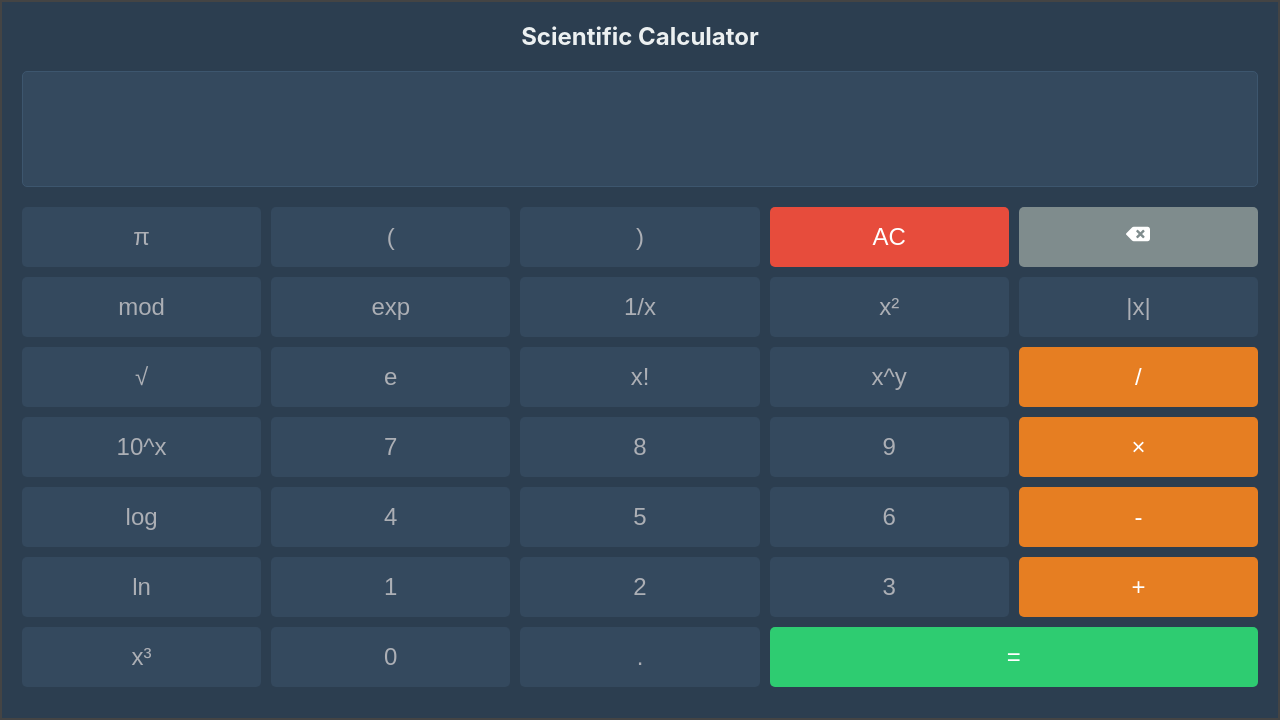
Repository: thesaherriaz/Calculator-React
Page: /
An editor plug-in stored every save of this project. The page is shown before and after the next save, followed by the edit.
The browser window is 1280 px wide. The pictures show the whole page.
The project was rebuilt for these pictures with package versions that can differ from the ones it lists, and the page was loaded fresh each time.

Above is the page before, as saved 2025-06-20 13:10:21.

### public/index.html
<!DOCTYPE html>
<html lang="en">
  <head>
    <meta charset="utf-8" />
    <link rel="icon" href="%PUBLIC_URL%/favicon.ico" />
    <meta name="viewport" content="width=device-width, initial-scale=1" />
    <meta name="theme-color" content="#000000" />
    <meta
      name="description"
      content="Web site created using create-react-app"
    />
    <link rel="apple-touch-icon" href="%PUBLIC_URL%/logo192.png" />
    <link rel="stylesheet" href="https://cdnjs.cloudflare.com/ajax/libs/font-awesome/6.0.0/css/all.min.css">
    <!--
      manifest.json provides metadata used when your web app is installed on a
      user's mobile device or desktop. See https://developers.google.com/web/fundamentals/web-app-manifest/
    -->
    <link rel="manifest" href="%PUBLIC_URL%/manifest.json" />
    <!--
      Notice the use of %PUBLIC_URL% in the tags above.
      It will be replaced with the URL of the `public` folder during the build.
      Only files inside the `public` folder can be referenced from the HTML.

      Unlike "/favicon.ico" or "favicon.ico", "%PUBLIC_URL%/favicon.ico" will
      work correctly both with client-side routing and a non-root public URL.
      Learn how to configure a non-root public URL by running `npm run build`.
    -->
    <title>Scientific Calculator</title>
  </head>
  <body>
    <noscript>You need to enable JavaScript to run this app.</noscript>
    <div id="root"></div>
    <!--
      This HTML file is a template.
      If you open it directly in the browser, you will see an empty page.

      You can add webfonts, meta tags, or analytics to this file.
      The build step will place the bundled scripts into the <body> tag.

      To begin the development, run `npm start` or `yarn start`.
      To create a production bundle, use `npm run build` or `yarn build`.
    -->
  </body>
</html>

### src/App.js
import React from 'react'
import Calculator from './compnents/Calculator'

function App() {
  return (
    <Calculator />
  )
}

export default App

### src/compnents/Calculator.jsx
import React, { useState, useEffect, useCallback } from 'react';
import './Calculator.css';
import { FaBackspace } from "react-icons/fa";

function Calculator() {
    const [input, setInput] = useState('');
    const [result, setResult] = useState('');

    const factorial = useCallback((n) => {
        if (n < 0) return NaN;
        if (n <= 1) return 1;
        return n * factorial(n - 1);
    }, []);

    const calculateResult = useCallback(() => {
        try {
            let expression = input
                .replace(/\^/g, '**')
                .replace(/mod/g, '%')
                .replace(/π/g, 'Math.PI')
                .replace(/e/g, 'Math.E');

            // Safer evaluation
            setResult(new Function('return ' + expression)().toString());
        } catch (error) {
            setResult('Error');
        }
    }, [input]);

    const handleClick = useCallback((value) => {
        if (value === 'AC') {
            setInput('');
            setResult('');
        } else if (value === 'DEL') {
            setInput(prev => prev.slice(0, -1));
        } else if (value === '=') {
            calculateResult();
        } else if (value === '√') {
            setInput(prev => `Math.sqrt(${prev})`);
        } else if (value === 'x²') {
            setInput(prev => `Math.pow(${prev},2)`);
        } else if (value === 'x³') {
            setInput(prev => `Math.pow(${prev},3)`);
        } else if (value === 'x^y') {
            setInput(prev => `${prev}^`);
        } else if (value === '1/x') {
            setInput(prev => `1/(${prev})`);
        } else if (value === 'log') {
            setInput(prev => `Math.log10(${prev})`);
        } else if (value === 'ln') {
            setInput(prev => `Math.log(${prev})`);
        } else if (value === 'π') {
            setInput(prev => prev + 'Math.PI');
        } else if (value === 'e') {
            setInput(prev => prev + 'Math.E');
        } else if (value === '10^x') {
            setInput(prev => `Math.pow(10,${prev})`);
        } else if (value === 'x!') {
            setInput(prev => `factorial(${prev})`);
        } else if (value === 'mod') {
            setInput(prev => `${prev}%`);
        } else if (value === 'exp') {
            setInput(prev => `Math.exp(${prev})`);
        } else if (value === '|x|') {
            setInput(prev => `Math.abs(${prev})`);
        } else if (value === '%') {
            setInput(prev => `(${prev})/100`);
        }else {
            setInput(prev => prev + value);
        }
    }, [calculateResult]);

    useEffect(() => {
        const handleKeyDown = (e) => {
            const key = e.key;
            if (/[0-9+\-*/.%πe=]/.test(key)) {
                handleClick(key);
            } else if (key === 'Enter') {
                handleClick('=');
            } else if (key === 'Backspace') {
                handleClick('DEL');
            } else if (key === 'Escape') {
                handleClick('AC');
            }
        };

        window.addEventListener('keydown', handleKeyDown);
        return () => window.removeEventListener('keydown', handleKeyDown);
    }, [handleClick]);

    return (
        <div className="calculator">
            <h1>Scientific Calculator</h1>
            <div className="display">
                <div className="input">{input}</div>
                <div className="result">{result}</div>
            </div>
            <div className="buttons">
                <button onClick={() => handleClick('π')}>π</button>
                <button onClick={() => handleClick('(')}>(</button>
                <button onClick={() => handleClick(')')}>)</button>
                <button onClick={() => handleClick('AC')} className="clear">AC</button>
                <button onClick={() => handleClick('DEL')} className="delete"><FaBackspace /></button>

                <button onClick={() => handleClick('mod')}>mod</button>
                <button onClick={() => handleClick('exp')}>exp</button>
                <button onClick={() => handleClick('1/x')}>1/x</button>
                <button onClick={() => handleClick('x²')}>x²</button>
                <button onClick={() => handleClick('Math.abs()')}>|x|</button>

                <button onClick={() => handleClick('√')}>√</button>
                <button onClick={() => handleClick('e')}>e</button>
                <button onClick={() => handleClick('x!')}>x!</button>
                <button onClick={() => handleClick('x^y')}>x^y</button>
                <button className="operator" onClick={() => handleClick('/')}>/</button>

                <button onClick={() => handleClick('10^x')}>10^x</button>
                <button onClick={() => handleClick('7')}>7</button>
                <button onClick={() => handleClick('8')}>8</button>
                <button onClick={() => handleClick('9')}>9</button>
                <button className="operator" onClick={() => handleClick('*')}>×</button>

                <button onClick={() => handleClick('log')}>log</button>
                <button onClick={() => handleClick('4')}>4</button>
                <button onClick={() => handleClick('5')}>5</button>
                <button onClick={() => handleClick('6')}>6</button>
                <button className="operator" onClick={() => handleClick('-')}>-</button>

                <button onClick={() => handleClick('ln')}>ln</button>

                <button onClick={() => handleClick('1')}>1</button>
                <button onClick={() => handleClick('2')}>2</button>
                <button onClick={() => handleClick('3')}>3</button>
                <button className="operator" onClick={() => handleClick('+')}>+</button>

                <button onClick={() => handleClick('x³')}>x³</button>
                <button onClick={() => handleClick('0')}>0</button>
                <button onClick={() => handleClick('.')}>.</button>
                <button className="equals" onClick={() => handleClick('=')}>=</button>
            </div>
        </div>
    );
}

export default Calculator;

### src/compnents/Calculator.css
*{
    box-sizing: border-box;
    margin: 0;
    padding: 0;
}
.calculator {
    width: 100%;
    height: 100vh;
    /* margin: 30px auto 0px auto; */
    border: 2px solid #444;
    /* border-radius: 10px; */
    padding: 20px;
    background-color: #2c3e50;
    box-shadow: 0 5px 15px rgba(0, 0, 0, 0.4);
    color: white;
}

.calculator h1 {
    text-align: center;
    color: #ecf0f1;
    margin-bottom: 20px;
    font-size: 1.5em;
}

.display {
    background-color: #34495e;
    border: 1px solid #3d566e;
    border-radius: 5px;
    padding: 15px;
    margin-bottom: 20px;
    text-align: right;
    min-height: 70px;
}

.input {
    font-size: 1.5em;
    color: #bdc3c7;
    min-height: 1.3em;
    margin-bottom: 10px;
    word-wrap: break-word;
}

.result {
    font-size: 1.8em;
    font-weight: bold;
    color: #ecf0f1;
    min-height: 1.5em;
    word-wrap: break-word;
}

.buttons {
    display: grid;
    grid-template-columns: repeat(5, 1fr);
    grid-gap: 10px;
}

button {
    height: 60px;
    padding: 15px;
    font-size: 1.5em;
    border: none;
    border-radius: 5px;
    background-color: #34495e;
    color: #acafb5;
    cursor: pointer;
    transition: all 0.2s;
}

button:hover {
    background-color: #3d566e;
}

button:active {
    transform: scale(0.95);
}

.operator {
    background-color: #e67e22;
    color: white;
}

.operator:hover {
    background-color: #d35400;
}

.clear {
    background-color: #e74c3c;
    color: white;
}

.clear:hover {
    background-color: #c0392b;
}

.delete {
    background-color: #7f8c8d;
    color: white;
}

.delete:hover {
    background-color: #95a5a6;
}

.equals {
    background-color: #2ecc71;
    color: white;
    grid-column: span 2;
}

.equals:hover {
    background-color: #27ae60;
}

/* Scientific buttons
button:nth-child(1),
button:nth-child(2),
button:nth-child(3),
button:nth-child(4),
button:nth-child(5),
button:nth-child(6),
button:nth-child(11),
button:nth-child(12),
button:nth-child(13),
button:nth-child(14),
button:nth-child(19),
button:nth-child(20),
button:nth-child(21) {
    background-color: #3498db;
}

button:nth-child(1):hover,
button:nth-child(2):hover,
button:nth-child(3):hover,
button:nth-child(4):hover,
button:nth-child(5):hover,
button:nth-child(6):hover,
button:nth-child(11):hover,
button:nth-child(12):hover,
button:nth-child(13):hover,
button:nth-child(14):hover,
button:nth-child(19):hover,
button:nth-child(20):hover,
button:nth-child(21):hover {
    background-color: #2980b9;
} */

Loaded but not shown: src/index.js (common file); src/index.css (common file); src/reportWebVitals.js (common file)

After the next save:
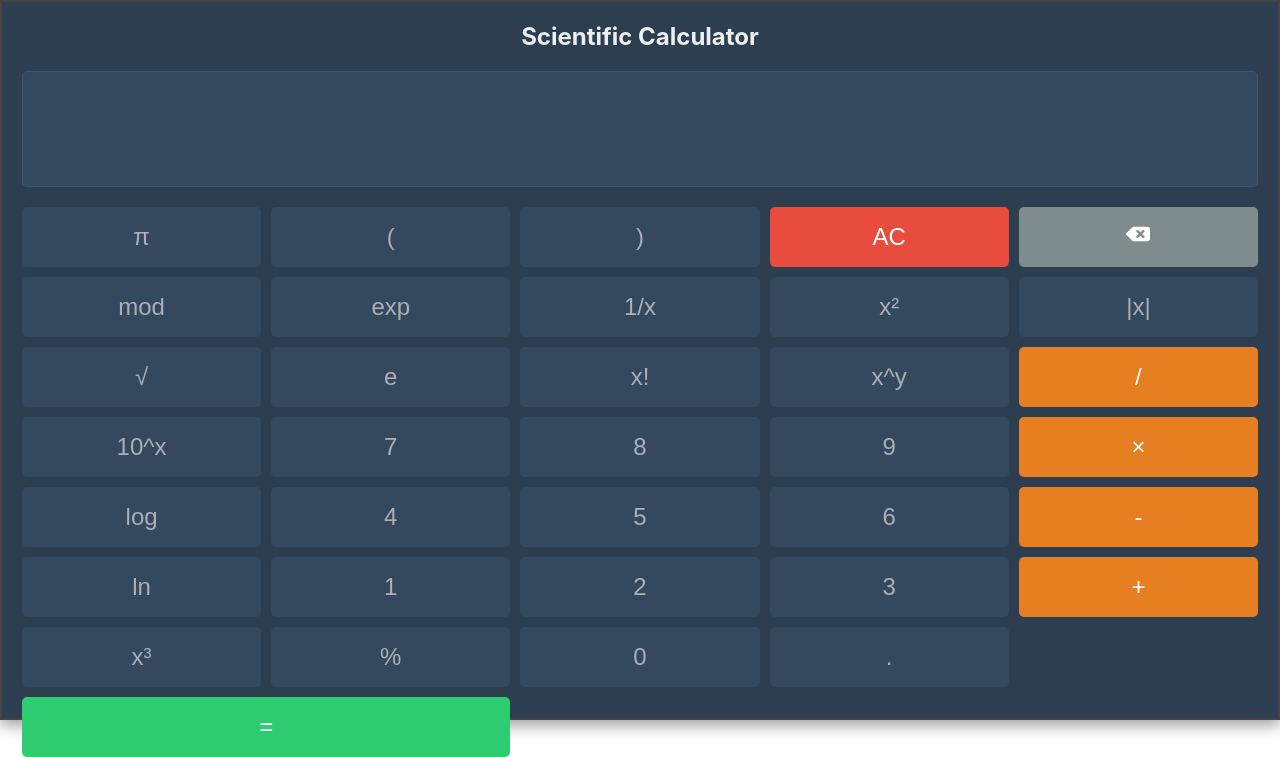
Saved 10 s later.
--- a/src/compnents/Calculator.jsx
+++ b/src/compnents/Calculator.jsx
@@ -134,6 +134,7 @@ function Calculator() {
                 <button className="operator" onClick={() => handleClick('+')}>+</button>
 
                 <button onClick={() => handleClick('x³')}>x³</button>
+                <button onClick={() => handleClick('%')}>%</button>
                 <button onClick={() => handleClick('0')}>0</button>
                 <button onClick={() => handleClick('.')}>.</button>
                 <button className="equals" onClick={() => handleClick('=')}>=</button>
